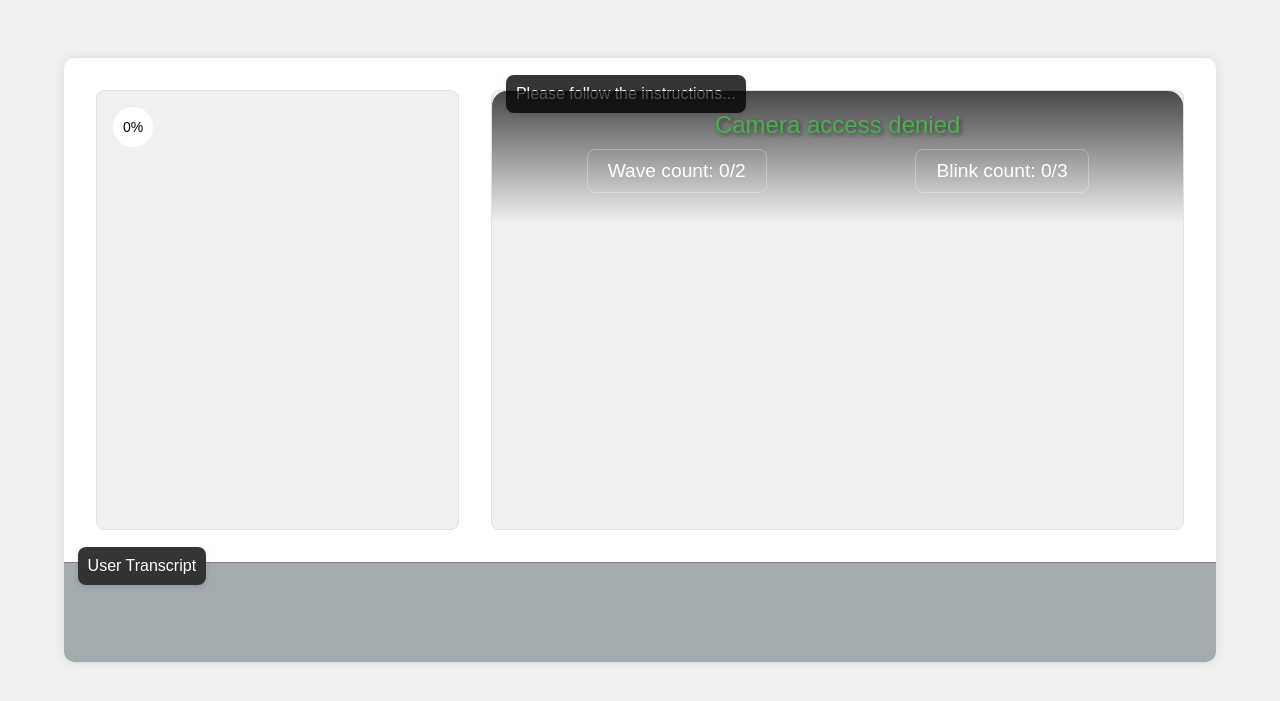
Repository: Ayaanns/E-kyc-BE-project
Page: http://localhost/
An editor plug-in stored every save of this project. The page is shown before and after the next save, followed by the edit.
The browser window is 1280 px wide. The pictures show the whole page.
The page is served by the project's application, run on Django 4.2 (manage.py). A made-up administrator, testuser (Test User, test@example.com), is signed in.

Above is the page before, as saved 2025-03-02 02:15:44.

After the next save:
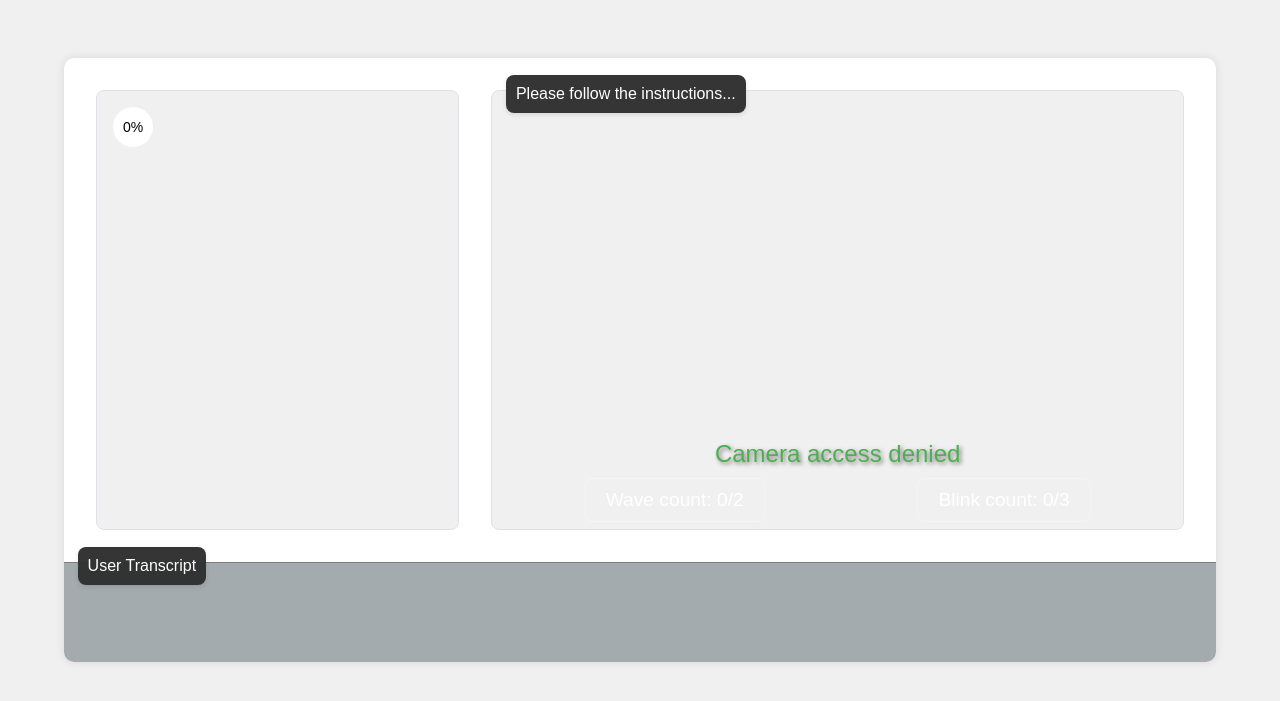
Saved 13 s later.
--- a/templates/home.html
+++ b/templates/home.html
@@ -20,7 +20,7 @@
         }
 
         /* Overlay container for status indicators */
-        .status-overlay {
+        /* .status-overlay {
             position: absolute;
             top: 0;
             left: 0;
@@ -29,7 +29,7 @@
             padding: 20px;
             background: linear-gradient(to bottom, rgba(0,0,0,0.7) 0%, transparent 100%);
             border-radius: 15px 15px 0 0;
-        }
+        } */
 
         .status-indicators {
             display: flex;
